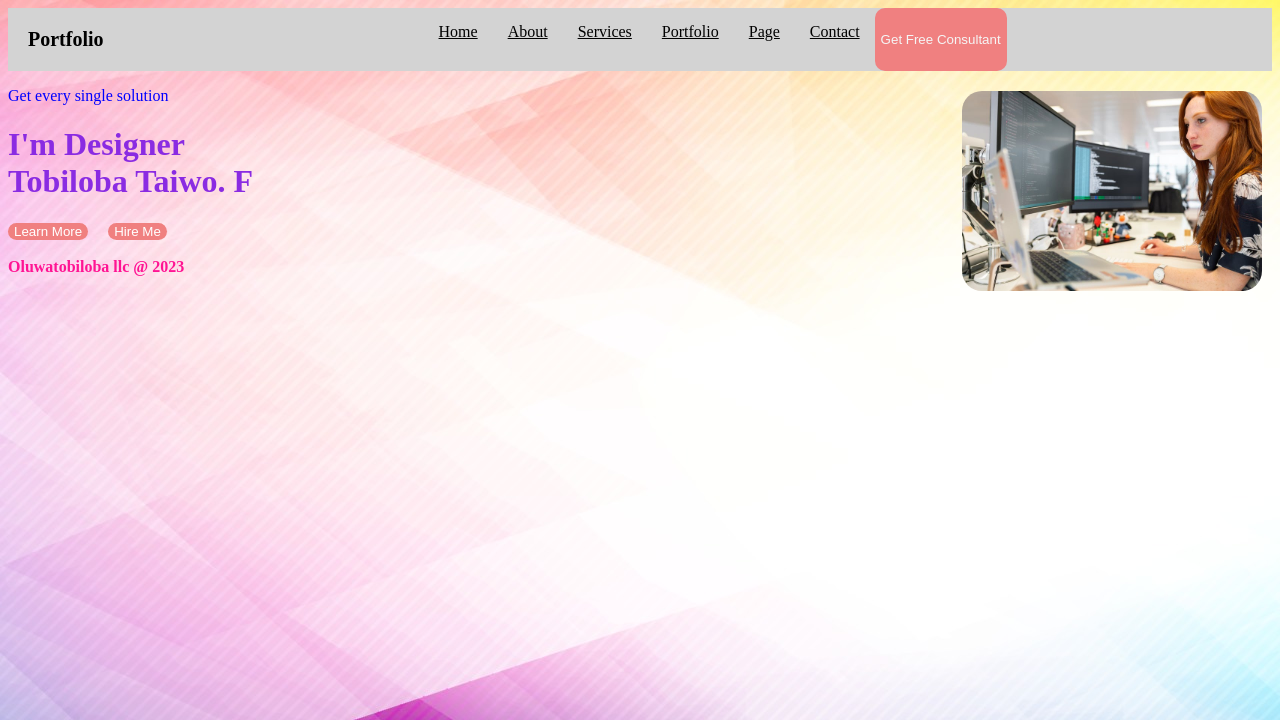
Repository: Tobby004/bdc_task_1
Page: index.html
An editor plug-in stored every save of this project. The page is shown before and after the next save, followed by the edit.
The browser window is 1280 px wide. The pictures show the whole page.

Above is the page before, as saved 2023-02-19 01:11:08.

### index.html
<!DOCTYPE html>
<html lang="en">
<head>
    <meta charset="UTF-8">
    <meta http-equiv="X-UA-Compatible" content="IE=edge">
    <meta name="viewport" content="width=device-width, initial-scale=1.0">
    <title>Template</title>
    <link rel="stylesheet" href="task.css">
</head>
<header>
    <b> Portfolio</b>
    <a href="#">Home</a>
    <a href="#">About</a>
    <a href="#">Services</a>
    <a href="#">Portfolio</a>
    <a href="#">Page</a>
    <a href="#">Contact</a>
    <button>Get Free Consultant</button>
</header>
<body>
    <img src="img1.jpeg">
    <p>Get every single solution</p>
    <h1> I'm Designer <br> Tobiloba Taiwo. F</h1>
    <button>Learn More</button><button>Hire Me</button>
    <br>
    <br>
    <footer><b>Oluwatobiloba llc @ 2023</b></footer>
</body>
</html>

### task.css
* {
    box-sizing: border-box;
}
header {
    display: flex;
    background: lightgray

}
header b {
    display: flex;
    padding: 20px;
    margin-right: 300px;
    font-size: 20px;

}
header a {
    padding: 15px;
    display: flex;
    color: black;
}
img {
    width: 300px;
    margin-top: 20px;
    float: right;
    border-radius: 20px;
    margin-right: 10px;
}
button {
    margin-inline-end: 20px;
    background-color: lightcoral;
}
body {
    background-image: url(back001.jpeg)
}
header button {
    color: whitesmoke;
}
button {
    color: white;
    border-radius: 10px;
    border: none;
}
h1 {
    color: blueviolet;
}
footer {
    color: deeppink;
}
p {
    color: blue;
}

After the next save:
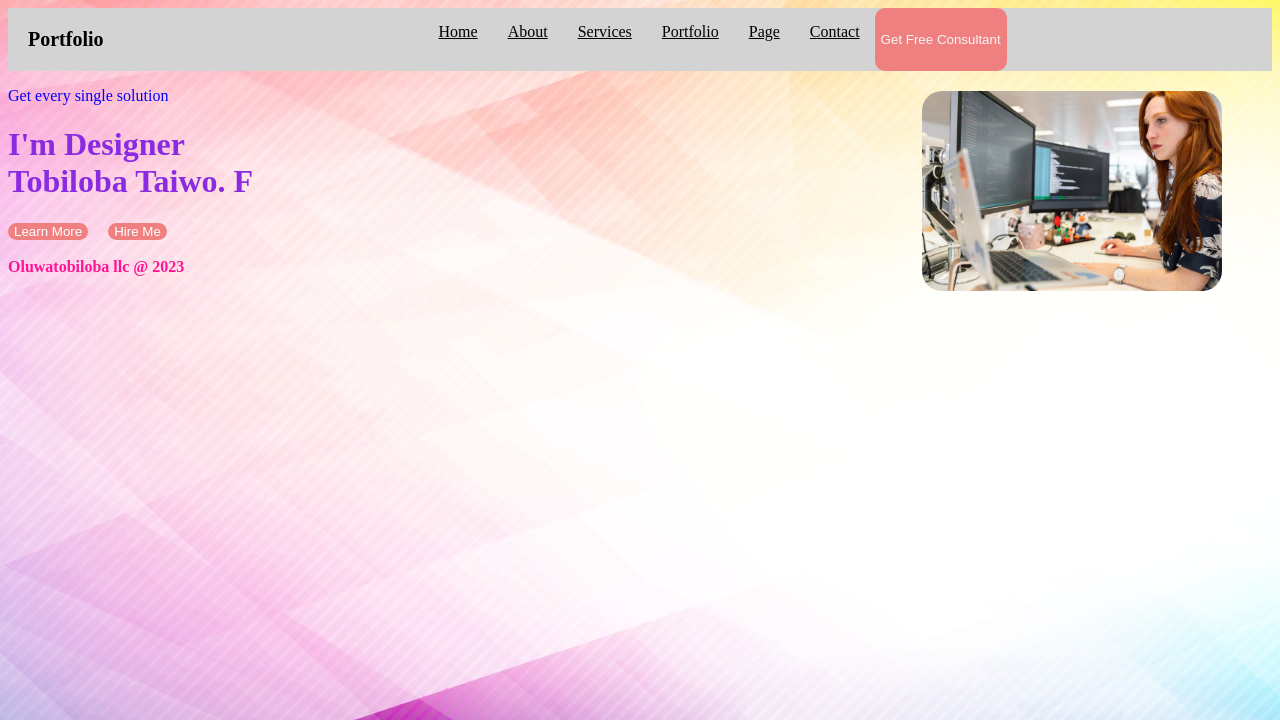
Saved 12 min 44 s later.
--- a/task.css
+++ b/task.css
@@ -23,7 +23,7 @@ img {
     margin-top: 20px;
     float: right;
     border-radius: 20px;
-    margin-right: 10px;
+    margin-right: 50px;
 }
 button {
     margin-inline-end: 20px;
